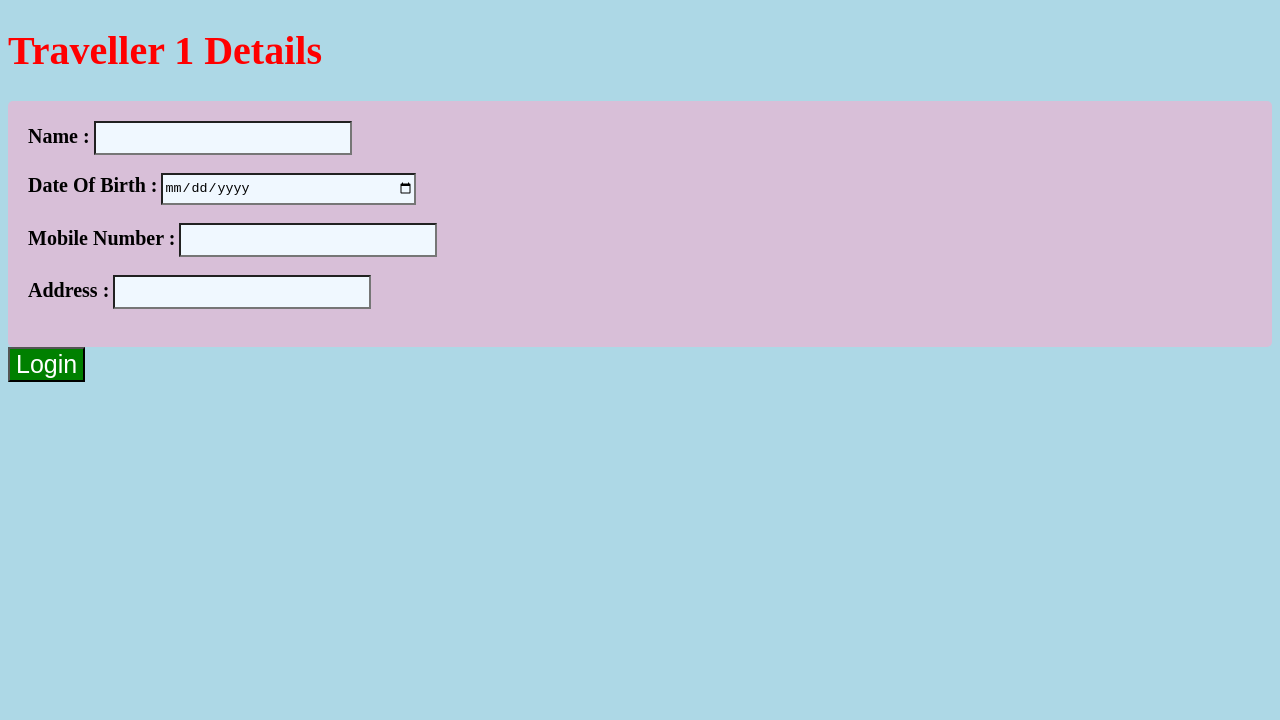
Repository: KanimozhiThandapani/Phase2AirlineBookingProject
Page: http://localhost/AirlineBooking/registrationPage.jsp
These files come from the project's save history. The page is drawn as it stood at one moment and after the next save; the edit follows.
The browser window is 1280 px wide. The pictures show the whole page.
The page is served by Tomcat 9. Other server files are loaded and not shown.

Above is the page before, as saved 2022-04-26 07:37:32.

### AirlineBooking/WebContent/registrationPage.jsp
<!DOCTYPE html>
<html>
<head>
<meta charset="ISO-8859-1">
<title>:: Login ::</title>
<style>
h1 {
  font-size: 40px;
  color: red;
  font-family: 'Brush Script MT', cursive;
}

div {
  border-radius: 5px;
  background-color: thistle;
  padding: 20px;
}

h3 {
  text-align: right;
  font-size: 1.2em;
  color: black;
}

h3 {
  text-align: right;
  font-size: 1em;
  color: green;
}
</style>
</head>
<body style="background-color:lightblue;">
<form action="bookedFlights" method="get">
   <h1>Traveller 1 Details</h1>

   <div>
    <label for="name" style="font-size: 20px"><strong>Name :</strong></label>
    <input type="text" name="t1username" style="width:250px;height: 28px;background: aliceblue;" required="required"> <br> <br>

    <label for="dob" style="font-size: 20px"><strong>Date Of Birth :</strong></label>
    <input type="date" name="t1dob" style="width:250px;height: 28px;background: aliceblue;" required="required"> <br> <br>

    <label for="mobNumber" style="font-size: 20px"><strong>Mobile Number :</strong></label>
    <input type="number" name="t1mobileNo" style="width:250px;height: 28px;background: aliceblue;" required="required"> <br> <br>

    <label for="address" style="font-size: 20px"><strong>Address :</strong></label>
    <input type="text" name="t1address" style="width:250px;height: 28px;background: aliceblue;" required="required"> <br> <br>

 </div>
 <input type="submit" value="Login" style="font-size: 25px;background: green;color: #FFF;"><br> <br>
 </form>
</body>
</html>

After the next save:
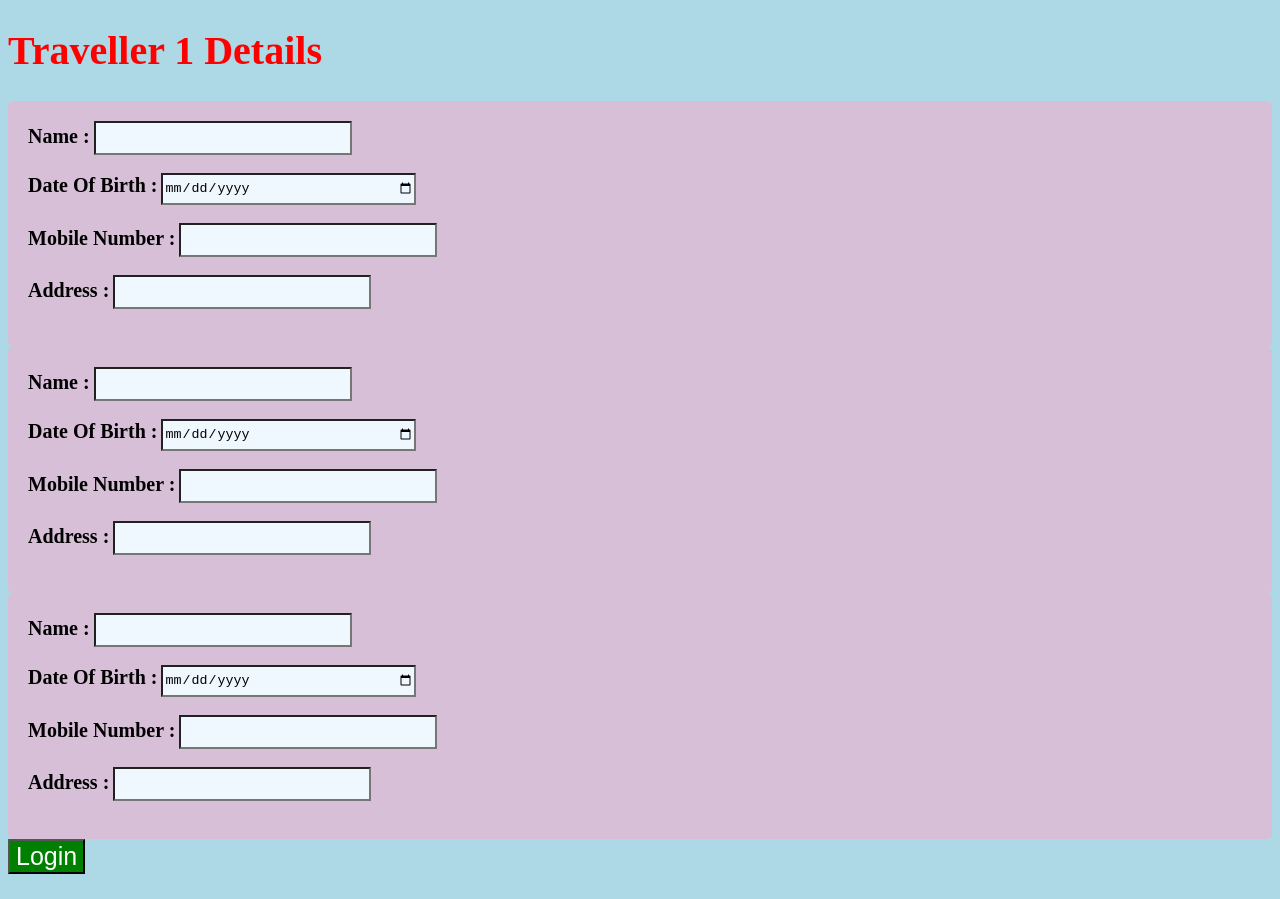
Saved 58 s later.
--- a/AirlineBooking/WebContent/registrationPage.jsp
+++ b/AirlineBooking/WebContent/registrationPage.jsp
@@ -47,6 +47,37 @@ h3 {
     <input type="text" name="t1address" style="width:250px;height: 28px;background: aliceblue;" required="required"> <br> <br>
 
  </div>
+
+ <div>
+    <label for="name" style="font-size: 20px"><strong>Name :</strong></label>
+    <input type="text" name="t1username" style="width:250px;height: 28px;background: aliceblue;" required="required"> <br> <br>
+
+    <label for="dob" style="font-size: 20px"><strong>Date Of Birth :</strong></label>
+    <input type="date" name="t1dob" style="width:250px;height: 28px;background: aliceblue;" required="required"> <br> <br>
+
+    <label for="mobNumber" style="font-size: 20px"><strong>Mobile Number :</strong></label>
+    <input type="number" name="t1mobileNo" style="width:250px;height: 28px;background: aliceblue;" required="required"> <br> <br>
+
+    <label for="address" style="font-size: 20px"><strong>Address :</strong></label>
+    <input type="text" name="t1address" style="width:250px;height: 28px;background: aliceblue;" required="required"> <br> <br>
+
+ </div>
+
+ <div>
+    <label for="name" style="font-size: 20px"><strong>Name :</strong></label>
+    <input type="text" name="t1username" style="width:250px;height: 28px;background: aliceblue;" required="required"> <br> <br>
+
+    <label for="dob" style="font-size: 20px"><strong>Date Of Birth :</strong></label>
+    <input type="date" name="t1dob" style="width:250px;height: 28px;background: aliceblue;" required="required"> <br> <br>
+
+    <label for="mobNumber" style="font-size: 20px"><strong>Mobile Number :</strong></label>
+    <input type="number" name="t1mobileNo" style="width:250px;height: 28px;background: aliceblue;" required="required"> <br> <br>
+
+    <label for="address" style="font-size: 20px"><strong>Address :</strong></label>
+    <input type="text" name="t1address" style="width:250px;height: 28px;background: aliceblue;" required="required"> <br> <br>
+
+ </div>
+
  <input type="submit" value="Login" style="font-size: 25px;background: green;color: #FFF;"><br> <br>
  </form>
 </body>
